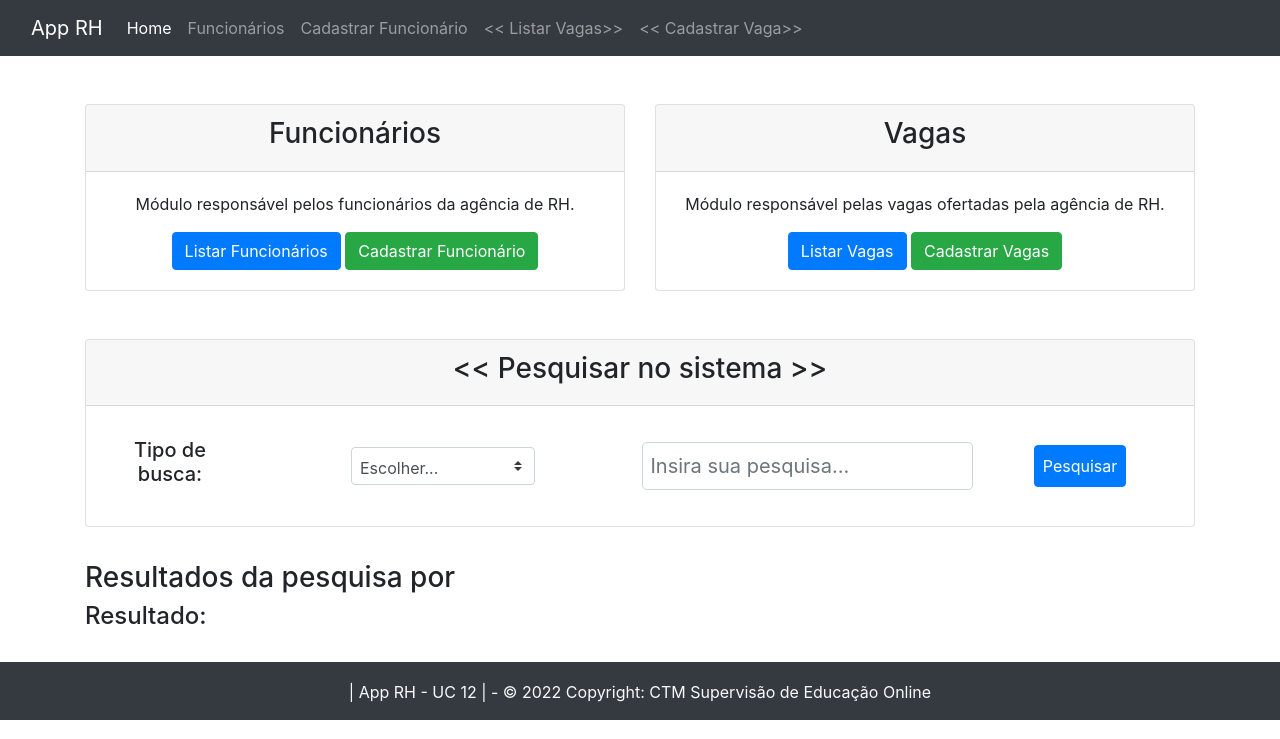
Repository: FilosoDev/SPRING-BOOT-testes
Page: http://localhost/index
The author's editor kept a copy of each file at every save. The page is drawn from the files as they stood at one save, then again after the next save.
The browser window is 1280 px wide. The pictures show the whole page.
The page is this project's Thymeleaf template; nobody is signed in. The template is opened directly, without the code that normally fills it, so the values that code supplies are empty.

Above is the page before, as saved 2021-11-23 17:59:10.
Console error: TypeError: Cannot read properties of undefined (reading 'fn')

After the next save:
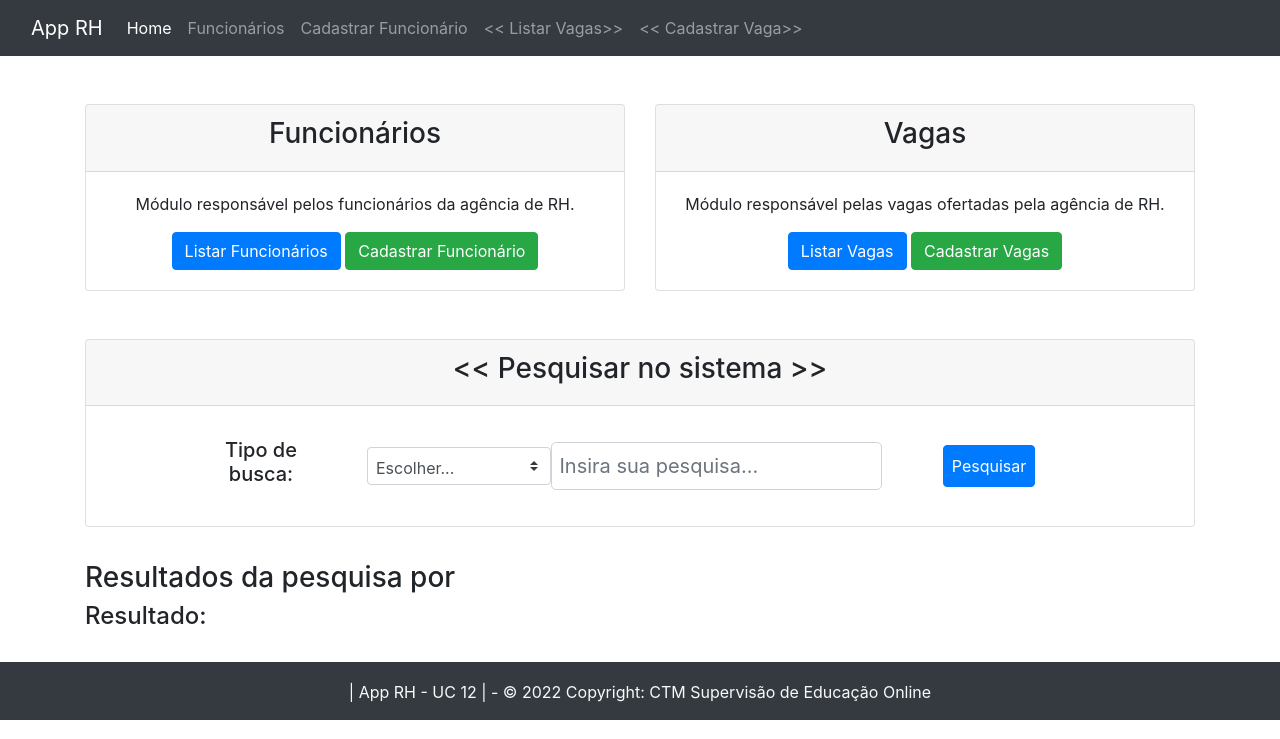
Saved 14 s later.
--- a/AppRH/AppRH/src/main/resources/templates/index.html
+++ b/AppRH/AppRH/src/main/resources/templates/index.html
@@ -110,7 +110,7 @@
 										busca:</h5></label>
 							</div>
 
-							<div class="col col-14 col-md-4">
+							<div class="col col-14 col-md-2">
 
 
 								<select name="busca" id="busca" class="custom-select my-3 p-2">
